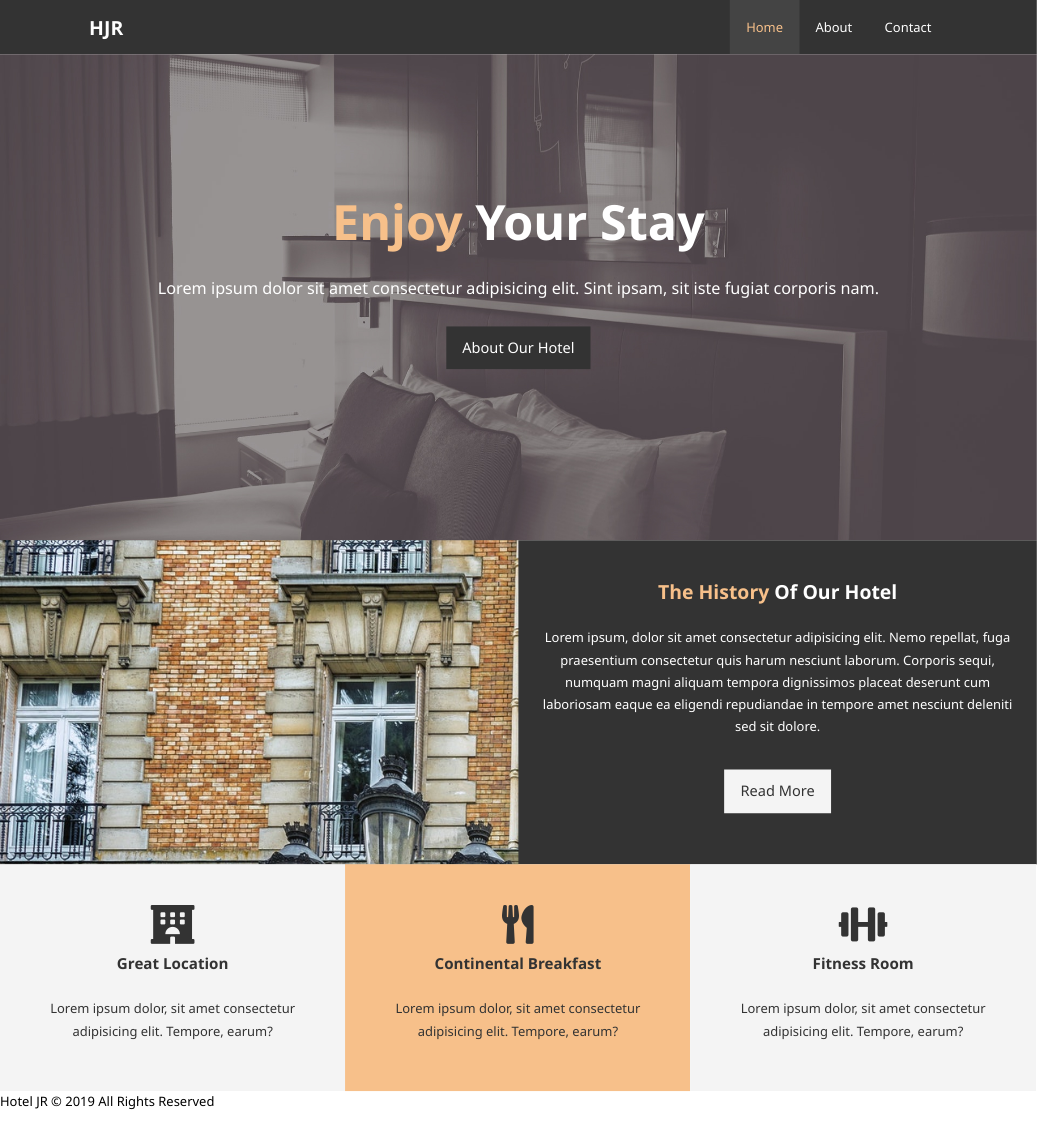
Repository: dimlutine/Hotel-Project
Page: index.html
An editor plug-in stored every save of this project. The page is shown before and after the next save, followed by the edit.
The browser window is 1280 px wide. The pictures show the whole page, at 81% of full size.
Some web libraries are served in a nearby version.

Above is the page before, as saved 2019-07-05 22:37:46.

After the next save:
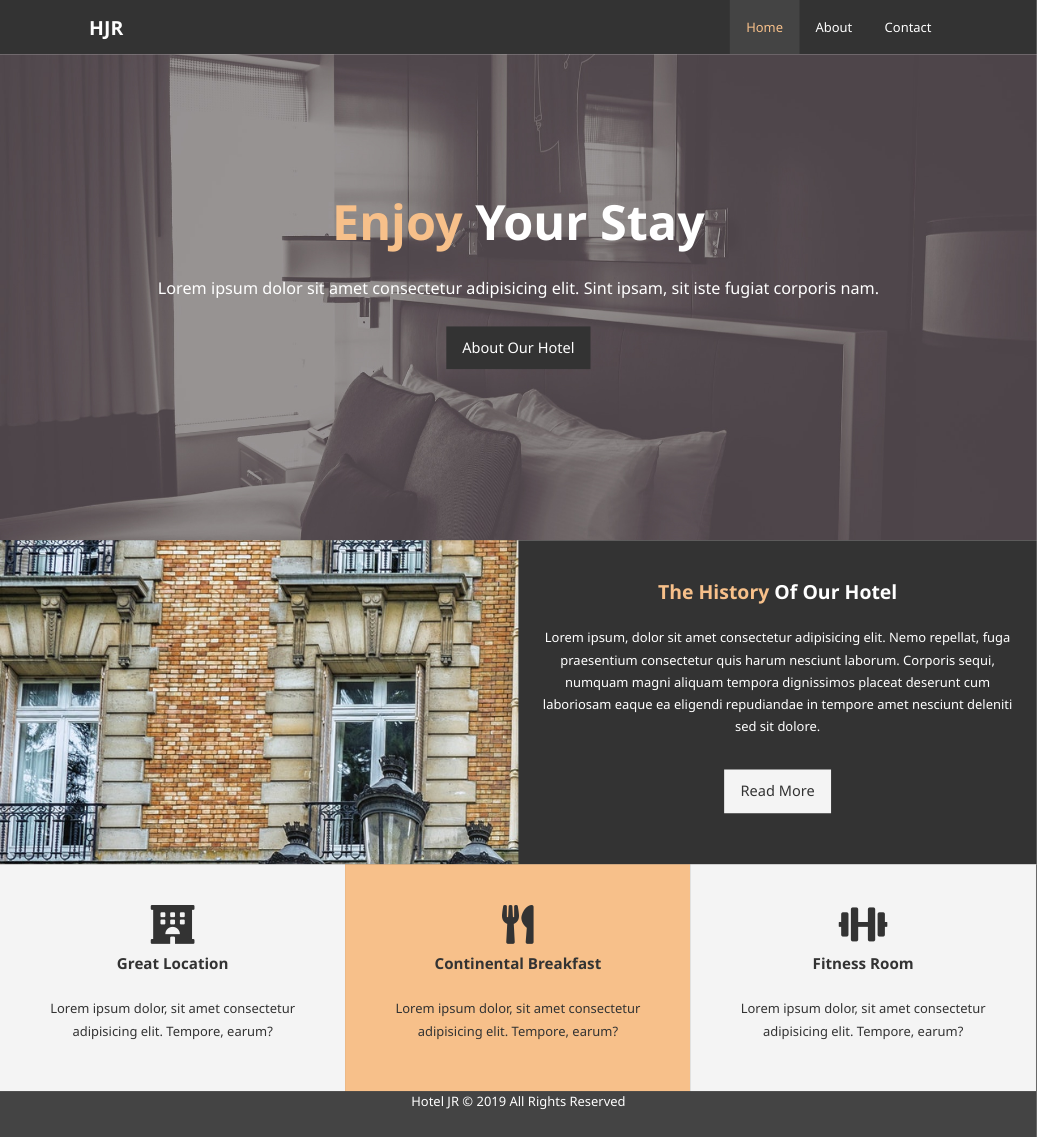
Saved 55 s later.
--- a/css/style.css
+++ b/css/style.css
@@ -178,3 +178,13 @@ p {
 .box i {
     margin-bottom: 10px;
 }
+
+
+/* Footer */
+
+#main-footer {
+    text-align: center;
+    background: #444;
+    color: #fff;
+    padding: 20px;
+}
